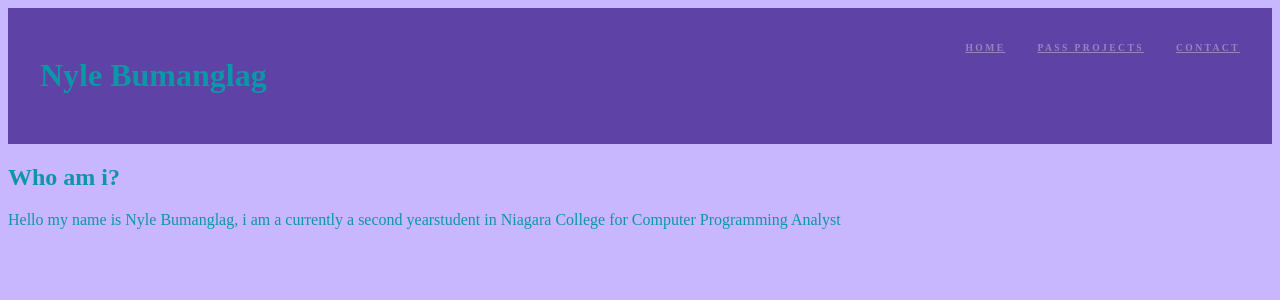
Repository: NyleNC/main
Page: index.html
An editor plug-in stored every save of this project. The page is shown before and after the next save, followed by the edit.
The browser window is 1280 px wide. The pictures show the whole page.

Above is the page before, as saved 2024-11-06 23:26:12.

### index.html
<!DOCTYPE html>
<html lang="en">
<head>
    <meta charset="UTF-8">
    <meta name="viewport" content="width=device-width, initial-scale=1.0">
    <title>Nyle Bumanglag</title>
    <link rel="stylesheet" href="style.css">
</head>
<header id="header"><h1>Nyle Bumanglag</h1>
    <nav>
        <ul>
            <li><a href="index.html">Home</a></li>
            <li><a href="projects.html">Pass Projects</a></li>
            <li><a href="Contact.html">Contact</a></li>
        </ul>
    </nav>

</header>
<body>
    <h2>Who am i?</h2>
    <p>Hello my name is Nyle Bumanglag, i am a currently a second yearstudent in Niagara College for Computer Programming Analyst</p>

</body>
</html>

### style.css
body{
    background: #c8b6ff;
    color: rgb(13, 150, 168);
}

#header {
    display: -moz-flex;
    display: -webkit-flex;
    display: -ms-flex;
    display: flex;
    background-color: #5e42a6;
    cursor: default;
    padding: 1.75em 2em;
}

    #header > .title {
        border: 0;
        color: #ffffff;
        display: block;
        font-size: 1.25em;
        font-weight: bold;
    }

    #header > nav {
        -moz-flex: 1;
        -webkit-flex: 1;
        -ms-flex: 1;
        flex: 1;
        text-align: right;
    }

        #header > nav > ul {
            margin: 0;
            padding: 0;
        }

            #header > nav > ul > li {
                display: inline-block;
                margin-left: 1.75em;
                padding: 0;
                vertical-align: middle;
            }

                #header > nav > ul > li:first-child {
                    margin-left: 0;
                }

                #header > nav > ul > li a {
                    border: 0;
                    color: rgba(255, 255, 255, 0.35);
                    display: inline-block;
                    font-size: 0.6em;
                    font-weight: bold;
                    letter-spacing: 0.25em;
                    text-transform: uppercase;
                }

                    #header > nav > ul > li a:hover {
                        color: rgba(255, 255, 255, 0.55);
                    }

                    #header > nav > ul > li a.active {
                        color: #ffffff;
                    }

After the next save:
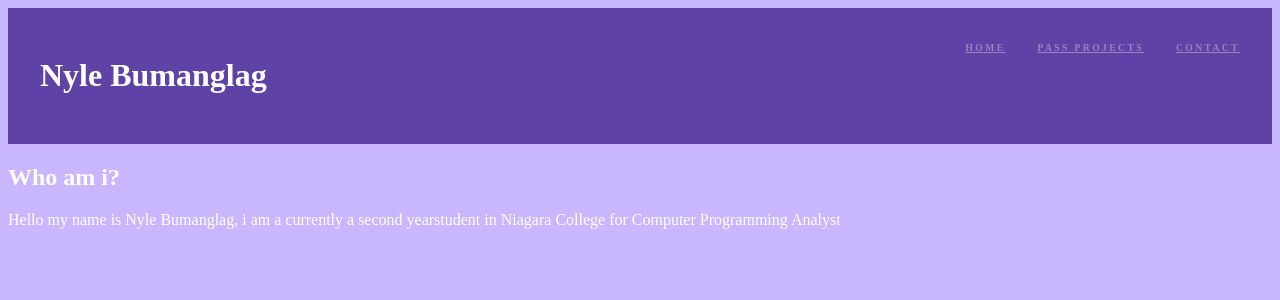
Saved 14 s later.
--- a/style.css
+++ b/style.css
@@ -1,6 +1,6 @@
 body{
     background: #c8b6ff;
-    color: rgb(13, 150, 168);
+    color: #ffffff;
 }
 
 #header {
